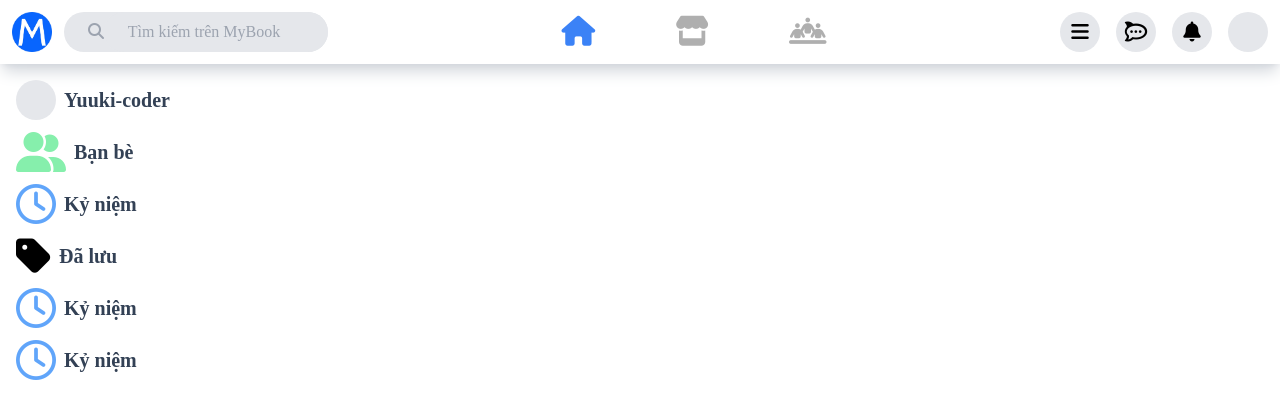
Repository: Yuukicoder/MyBook
Page: / (app in mybook/)
These files come from the project's save history. The page is drawn as it stood at one moment and after the next save; the edit follows.
The browser window is 1280 px wide. The pictures show the whole page.
The project was rebuilt for these pictures with package versions that can differ from the ones it lists, and the page was loaded fresh each time.

Above is the page before, as saved 2023-12-13 16:07:39.

### mybook/src/index.js
import React from 'react';
import ReactDOM from 'react-dom/client';
import './index.css';
import App from './App';
import reportWebVitals from './reportWebVitals';

const root = ReactDOM.createRoot(document.getElementById('root'));
root.render(
  <React.StrictMode >
  <App / >
  </React.StrictMode>
);

// If you want to start measuring performance in your app, pass a function
// to log results (for example: reportWebVitals(console.log))
// or send to an analytics endpoint. Learn more: https://bit.ly/CRA-vitals
reportWebVitals();

### mybook/src/index.css
@tailwind base;
@tailwind components;
@tailwind utilities;
  @import url('https://fonts.googleapis.com/css2?family=Arima:wght@100;200;300;400;500;700&display=swap');
*{
  margin: 0;
  padding: 0;
  box-sizing: border-box;
  /* border: 1px solid black; */
  font-family: Arima;
}
body{
  width: 100%;
  height: 100vh;
}

### mybook/src/App.js
import './App.css';
import '@fortawesome/fontawesome-free/css/all.min.css';
import Navbar from './Navbar'
import Option from './Option'
 var App = () =>
(
    <div class="">
        <Navbar/>
        <Option name="Yuuki-coder"/>

    </div>
)

export default App;

### mybook/src/App.css
:root{
  --text-color: rgb(175, 175, 175);
  --bg-icon-color: #e5e7eb;
}
.avatar{
  width: 40px;
  height: 40px;
  background-color: var(--bg-icon-color);
  border-radius: 50%;
  display: flex;
  align-items: center;
  justify-content: center;
}

### mybook/src/Navbar.js
import './Navbar.css'
import '@fortawesome/fontawesome-free/css/all.min.css';

var Navbar = () =>(


    <div class="flex items-center justify-between  w-screen py-3 px-3  shadow-lg shadow-gray-300">
        <div class="flex">

    <div class="Navbar_icon pr-3">
        <img class="w-10 h-10" src='iconMyBook.png' alt=""></img>
    </div>
    <div class="Navbar_search h-10 bg-gray-200 rounded-3xl">
        <label class=" text-center h-full pl-6"for="">
    <i class="fa-solid fa-magnifying-glass text-gray-400" ></i>
        </label>

        <input class="rounded-3xl text-center h-full pr-6 bg-gray-200" type="text" placeholder="Tìm kiếm trên MyBook"></input>
        </div>

    </div>
    <div class="  Navbar_selection">
        <ul class="flex gap-20">
            <li>
            <i class="fa-solid fa-house text-blue-500"></i>
            </li>
            <li>
            <i class="fa-solid fa-store"></i>
            </li>
            <li> <i class="fa-solid fa-people-line"></i></li>
        </ul>
    </div>
    <div class="Navbar_option">
        <ul class="flex gap-4 items-center">
            <li>
            <div class="avatar">

                <i class="fa-solid fa-bars"></i>
            </div>
                </li>
            <li>
            <div class="avatar">

                <i class="fa-brands fa-rocketchat"></i>
            </div>
                </li>
            <li>
            <div class="avatar">

                <i class="fa-solid fa-bell"></i>
            </div>
                </li>
            <li><div class="avatar"></div></li>
        </ul>
    </div>
    </div>
)
export default Navbar;

### mybook/src/Option.js
import './Option.css'
var Option = (x) => (
    <div class="mt-4 ml-4  grid gap-3">

    <div class="flex gap-2 items-center box ">
        <div class="avatar">
        </div>
        <p class="font-semibold text-xl text-slate-700">{x.name}</p>

    </div>
    <div class="flex gap-2 items-center box">
    <i class="fa-solid fa-user-group text-green-300"></i>
        <p class="font-semibold text-xl text-slate-700">Bạn bè</p>

    </div>
    <div class="flex gap-2 items-center box ">
    <i class="fa-regular fa-clock text-blue-400"></i>
        <p class="font-semibold text-xl text-slate-700">Kỷ niệm</p>

    </div>
    <div class="flex gap-2 items-center box ">
    <i class="fa-solid fa-tag"></i>
        <p class="font-semibold text-xl text-slate-700">Đã lưu</p>

    </div>
    <div class="flex gap-2 items-center box ">
    <i class="fa-regular fa-clock text-blue-400"></i>
        <p class="font-semibold text-xl text-slate-700">Kỷ niệm</p>

    </div>
    <div class="flex gap-2 items-center box ">
    <i class="fa-regular fa-clock text-blue-400"></i>
        <p class="font-semibold text-xl text-slate-700">Kỷ niệm</p>

    </div>

    </div>
)
export default Option

### mybook/src/Navbar.css
:root{
    --text-color: rgb(175, 175, 175);
    --bg-icon-color: #e5e7eb;
  }
  ul i{
  color: var(--text-color);
  font-size: 30px;
  }

  .Navbar_option ul li i{
    color: black;
  font-size: 20px;

  }

### mybook/src/Option.css

.box i{
    font-size: 40px;
}

### mybook/tailwind.config.js
/** @type {import('tailwindcss').Config} */
module.exports = {
  content: [
    "./src/**/*.{js,jsx,ts,tsx}",
  ],
  theme: {
    extend: {},
    color:{
      'text-grey':'#9ca9c9'
    }
  },
  plugins: [],
}

Loaded but not shown: mybook/public/index.html (common file); mybook/src/reportWebVitals.js (common file)

After the next save:
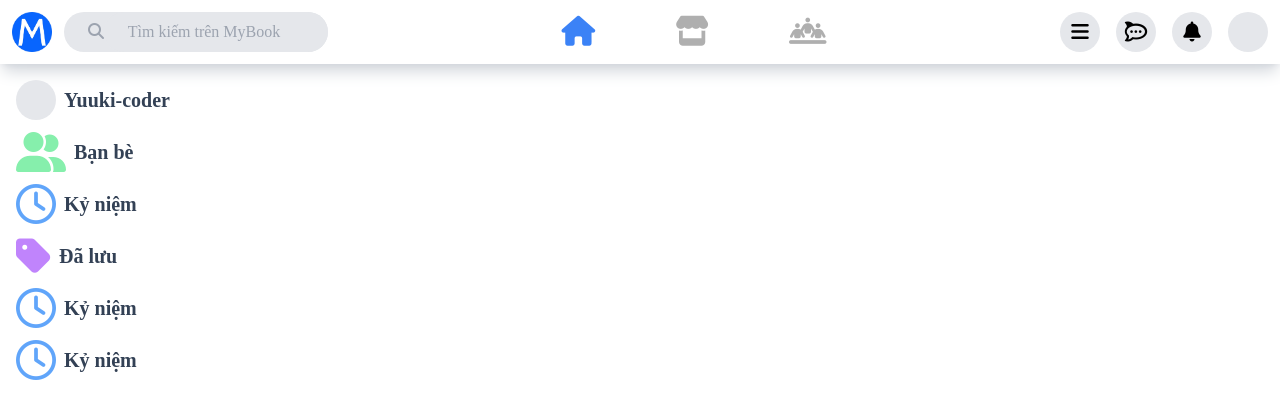
Saved 12 s later.
--- a/mybook/src/Option.js
+++ b/mybook/src/Option.js
@@ -19,7 +19,7 @@ var Option = (x) => (
 
     </div>
     <div class="flex gap-2 items-center box ">
-    <i class="fa-solid fa-tag"></i>
+    <i class="fa-solid fa-tag text-purple-400"></i>
         <p class="font-semibold text-xl text-slate-700">Đã lưu</p>
 
     </div>
